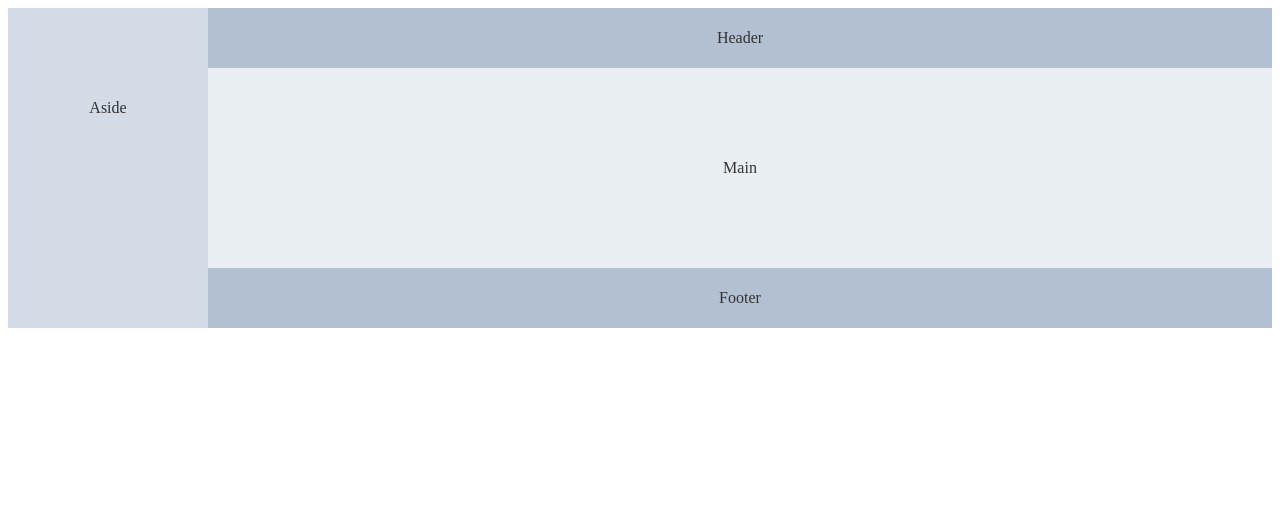
Repository: 960519152/elementui-demo-byf
Page: /
The author's editor kept a copy of each file at every save. The page is drawn from the files as they stood at one save, then again after the next save.
The browser window is 1280 px wide. The pictures show the whole page.
The project was rebuilt for these pictures with package versions that can differ from the ones it lists, and the page was loaded fresh each time.

Above is the page before, as saved 2019-05-13 13:57:56.

### index.html
<!DOCTYPE html>
<html>
  <head>
    <meta charset="utf-8">
    <meta name="viewport" content="width=device-width,initial-scale=1.0">
    <title>vue-examine-backend</title>
  </head>
  <body>
    <div id="app"></div>
    <!-- built files will be auto injected -->
  </body>
</html>

### src/main.js
// The Vue build version to load with the `import` command
// (runtime-only or standalone) has been set in webpack.base.conf with an alias.
import Vue from 'vue'
import App from './App'
import router from './router' //路由
import ElementUI from 'element-ui'; //饿了么UI
import 'element-ui/lib/theme-chalk/index.css';  //饿了么UI

Vue.config.productionTip = false
Vue.use(ElementUI); //饿了么UI



/* eslint-disable no-new */
new Vue({
  el: '#app',
  router,
  components: { App },
  template: '<App/>'
})

### src/App.vue
<template>
  <div id="app">
    <el-container>
      <el-aside width="200px">Aside</el-aside>
      <el-container>
        <el-header>Header</el-header>
        <el-main>Main</el-main>
        <el-footer>Footer</el-footer>
      </el-container>
    </el-container>
    <router-view />
  </div>
</template>

<script>
  export default {
    name: 'App'
  }

</script>

<style>
.el-header, .el-footer {
    background-color: #B3C0D1;
    color: #333;
    text-align: center;
    line-height: 60px;
  }

  .el-aside {
    background-color: #D3DCE6;
    color: #333;
    text-align: center;
    line-height: 200px;
  }

  .el-main {
    background-color: #E9EEF3;
    color: #333;
    text-align: center;
    line-height: 160px;
  }

  body > .el-container {
    margin-bottom: 40px;
  }

  .el-container:nth-child(5) .el-aside,
  .el-container:nth-child(6) .el-aside {
    line-height: 260px;
  }

  .el-container:nth-child(7) .el-aside {
    line-height: 320px;
  }
</style>

### src/components/HelloWorld.vue
<template>
  <div class="hello">

  </div>
</template>

<script>
export default {
  name: 'HelloWorld',
  data () {
    return {
      msg: 'Welcome to Your Vue.js App'
    }
  }
}
</script>

<!-- Add "scoped" attribute to limit CSS to this component only -->
<style scoped>

</style>

Loaded but not shown: src/router/index.js (common file)

After the next save:
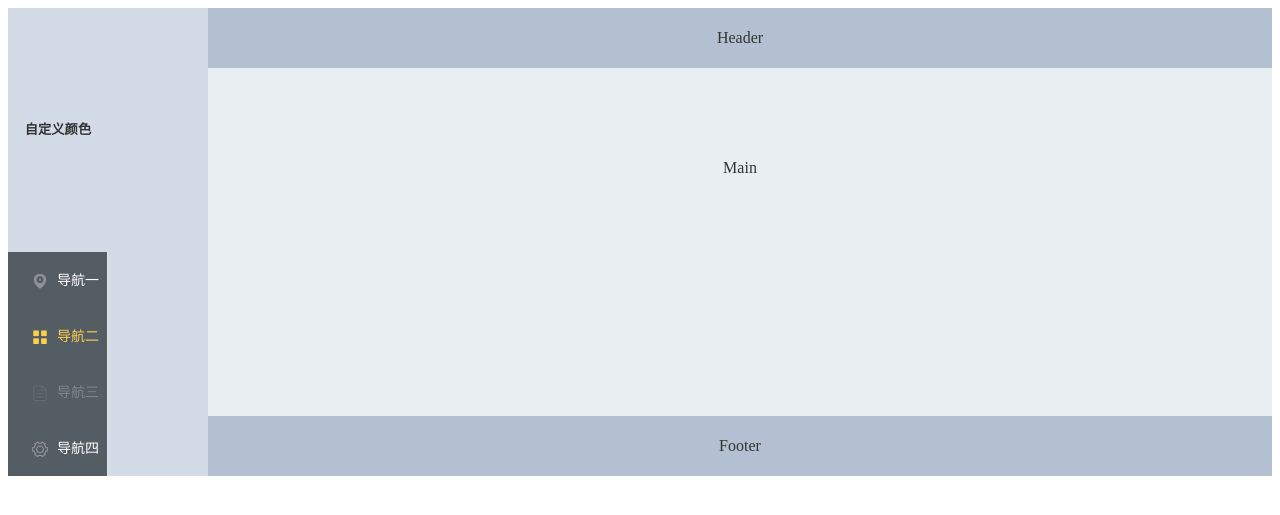
Saved 3 min 47 s later.
--- a/src/App.vue
+++ b/src/App.vue
@@ -1,7 +1,47 @@
 <template>
   <div id="app">
     <el-container>
-      <el-aside width="200px">Aside</el-aside>
+      <el-aside width="200px">
+        <el-row class="tac">
+          <el-col :span="12">
+            <h5>自定义颜色</h5>
+            <el-menu default-active="2" class="el-menu-vertical-demo" @open="handleOpen" @close="handleClose"
+              background-color="#545c64" text-color="#fff" active-text-color="#ffd04b">
+              <el-submenu index="1">
+                <template slot="title">
+                  <i class="el-icon-location"></i>
+                  <span>导航一</span>
+                </template>
+                <el-menu-item-group>
+                  <template slot="title">分组一</template>
+                  <el-menu-item index="1-1">选项1</el-menu-item>
+                  <el-menu-item index="1-2">选项2</el-menu-item>
+                </el-menu-item-group>
+                <el-menu-item-group title="分组2">
+                  <el-menu-item index="1-3">选项3</el-menu-item>
+                </el-menu-item-group>
+                <el-submenu index="1-4">
+                  <template slot="title">选项4</template>
+                  <el-menu-item index="1-4-1">选项1</el-menu-item>
+                </el-submenu>
+              </el-submenu>
+              <el-menu-item index="2">
+                <i class="el-icon-menu"></i>
+                <span slot="title">导航二</span>
+              </el-menu-item>
+              <el-menu-item index="3" disabled>
+                <i class="el-icon-document"></i>
+                <span slot="title">导航三</span>
+              </el-menu-item>
+              <el-menu-item index="4">
+                <i class="el-icon-setting"></i>
+                <span slot="title">导航四</span>
+              </el-menu-item>
+            </el-menu>
+          </el-col>
+        </el-row>
+
+      </el-aside>
       <el-container>
         <el-header>Header</el-header>
         <el-main>Main</el-main>
@@ -20,7 +60,8 @@
 </script>
 
 <style>
-.el-header, .el-footer {
+  .el-header,
+  .el-footer {
     background-color: #B3C0D1;
     color: #333;
     text-align: center;
@@ -41,7 +82,7 @@
     line-height: 160px;
   }
 
-  body > .el-container {
+  body>.el-container {
     margin-bottom: 40px;
   }
 
@@ -53,4 +94,5 @@
   .el-container:nth-child(7) .el-aside {
     line-height: 320px;
   }
+
 </style>
